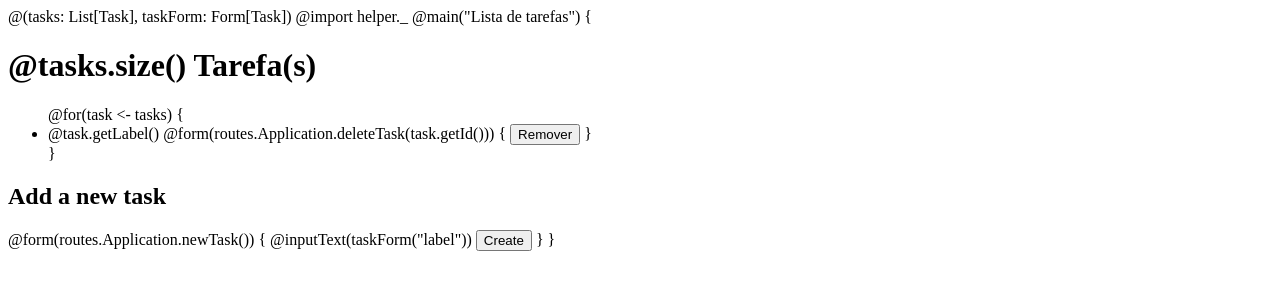
Repository: lcavalcante/si1
Page: lab2/.target/views/index.scala.html
An editor plug-in stored every save of this project. The page is shown before and after the next save, followed by the edit.
The browser window is 1280 px wide. The pictures show the whole page.

Above is the page before, as saved 2013-11-26 23:46:44.

### lab2/.target/views/index.scala.html
@(tasks: List[Task], taskForm: Form[Task])

@import helper._

@main("Lista de tarefas") {

    <h1>@tasks.size() Tarefa(s)</h1>

    <ul>
        @for(task <- tasks) {
            <li>
                @task.getLabel()

                @form(routes.Application.deleteTask(task.getId())) {
                    <input type="submit" value="Remover">
                }
            </li>
        }
    </ul>

    <h2>Add a new task</h2>

    @form(routes.Application.newTask()) {

        @inputText(taskForm("label"))

        <input type="submit" value="Create">

    }

}

After the next save:
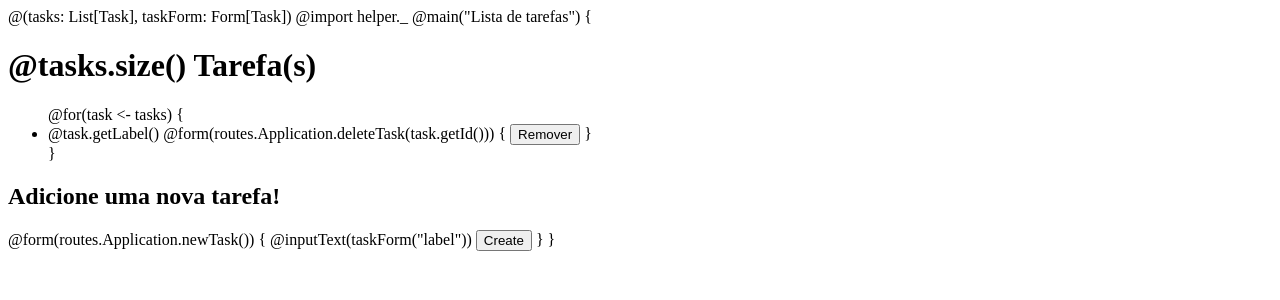
Saved 11 s later.
--- a/lab2/.target/views/index.scala.html
+++ b/lab2/.target/views/index.scala.html
@@ -18,7 +18,7 @@
         }
     </ul>
 
-    <h2>Add a new task</h2>
+    <h2>Adicione uma nova tarefa!</h2>
 
     @form(routes.Application.newTask()) {
 
